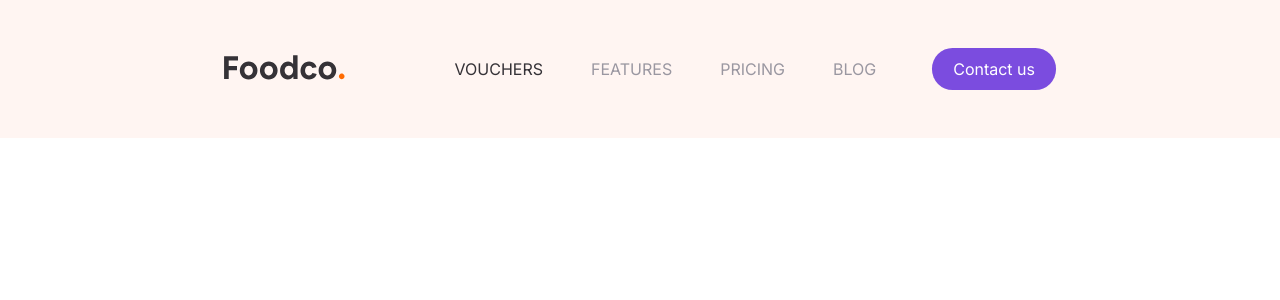
Repository: badhon252/Foodco
Page: index.html
The author's editor kept a copy of each file at every save. The page is drawn from the files as they stood at one save, then again after the next save.
The browser window is 1280 px wide. The pictures show the whole page.
The style sheet was rebuilt from its Sass, Less or Tailwind sources for each picture, by a compiler version that may differ from the author's.

Above is the page before, as saved 2022-09-15 15:00:24.

### index.html
<!DOCTYPE html>
<html lang="en">

<head>
    <meta charset="UTF-8">
    <meta http-equiv="X-UA-Compatible" content="IE=edge">
    <meta name="viewport" content="width=device-width, initial-scale=1.0">
    <link rel="stylesheet" href="scss/style.css">
    <title>FoodCo</title>
</head>

<body>

    <main id="header">
        <header class="container">
            <nav class="navbar py-3">
                <div class="navbar-brand">
                    <img src="./image/logo.svg" alt="">
                </div>
                <ul class="nav">
                    <li class="nav-item"><a href="" class="nav-link link active">Vouchers</a></li>
                    <li class="nav-item"><a href="" class="nav-link link">Features</a></li>
                    <li class="nav-item"><a href="" class="nav-link link">Pricing</a></li>
                    <li class="nav-item"><a href="" class="nav-link link">Blog</a></li>
                    <button class="btn">Contact us</button>
                </ul>
            </nav>
        </header>
    </main>

</body>

</html>

### scss/style.scss
@import url("https://fonts.googleapis.com/css2?family=Inter:wght@400;600;700;800;900&display=swap");
@font-face {
  font-family: circular;
  src: url(../fonts/Circular_Std_Font.otf);
}
@font-face {
  font-family: AirbnbCereal_W_Bd;
  src: url(../fonts/AirbnbCereal_W_Bd.otf);
}
@font-face {
  font-family: AirbnbCereal_W_Bk;
  src: url(../fonts//AirbnbCereal_W_Bk.otf);
}
@font-face {
  font-family: AirbnbCereal_W_Blk;
  src: url(../fonts/AirbnbCereal_W_Blk.otf);
}
@font-face {
  font-family: AirbnbCereal_W_Lt;
  src: url(../fonts/AirbnbCereal_W_Lt.otf);
}
@font-face {
  font-family: AirbnbCereal_W_Md;
  src: url(../fonts/AirbnbCereal_W_Md.otf);
}
@font-face {
  font-family: AirbnbCereal_W_XBd;
  src: url(../fonts/AirbnbCereal_W_XBd.otf);
}
* {
  margin: 0;
  padding: 0;
  box-sizing: border-box;
  font-family: "Inter", sans-serif;
}
.container {
  margin: 2rem 14rem;
}
.btn,
.link {
  cursor: pointer;
}
.link {
  text-decoration: none;
  color: #353237;
}
.btn {
  outline: none;
  border: none;
  padding: 11px 21px;
  font-size: 1rem;
  font-weight: 400;
}
.active {
  color: #353237 !important;
}
li {
  list-style-type: none;
}
.py-1 {
  padding: 1rem 0;
}
.py-2 {
  padding: 2rem 0;
}
.py-3 {
  padding: 3rem 0;
}
.py-4 {
  padding: 4rem 0;
}
.my-1 {
  margin: 1rem 0;
}
.my-1 {
  margin: 1rem 0;
}
.my-2 {
  margin: 2rem 0;
}
.my-3 {
  margin: 3rem 0;
}
.my-4 {
  margin: 4rem 0;
}
.my-5 {
  margin: 5rem 0;
}

// =======================
//===========================
#header {
  background-color: #fff5f2;

  .container {
    margin: 0 14rem;
  }
  .navbar {
    display: flex;
    justify-content: space-between;
    align-items: center;
    .nav {
      display: flex;
      align-items: center;
      .nav-item {
        margin: 0 1.5rem;
        .nav-link {
          font-weight: 500;
          font-size: 1rem;
          line-height: 20px;
          text-transform: uppercase;
          color: #9a97a1;
          //   color: #353237;
        }
      }
      .btn {
        background-color: #7b4cdf;
        border-radius: 20.5px;
        color: #fff;
        margin-left: 2rem;
      }
    }
  }
}

After the next save:
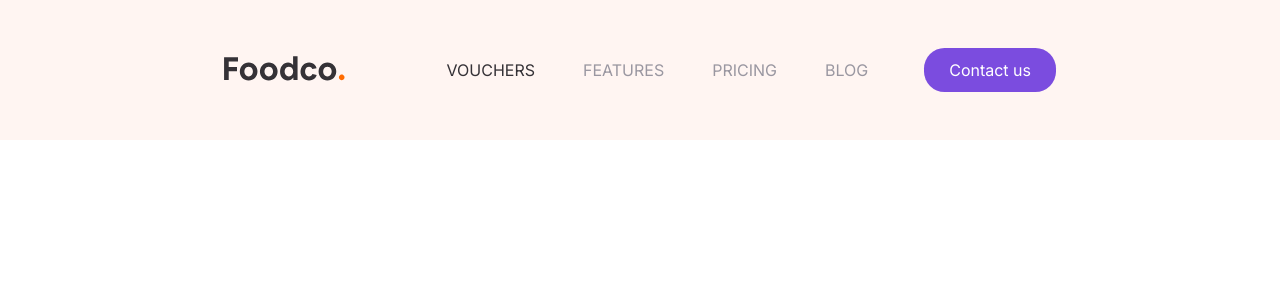
Saved 13 s later.
--- a/scss/style.scss
+++ b/scss/style.scss
@@ -47,7 +47,7 @@
 .btn {
   outline: none;
   border: none;
-  padding: 11px 21px;
+  padding: 12px 25px;
   font-size: 1rem;
   font-weight: 400;
 }

After the save that followed:
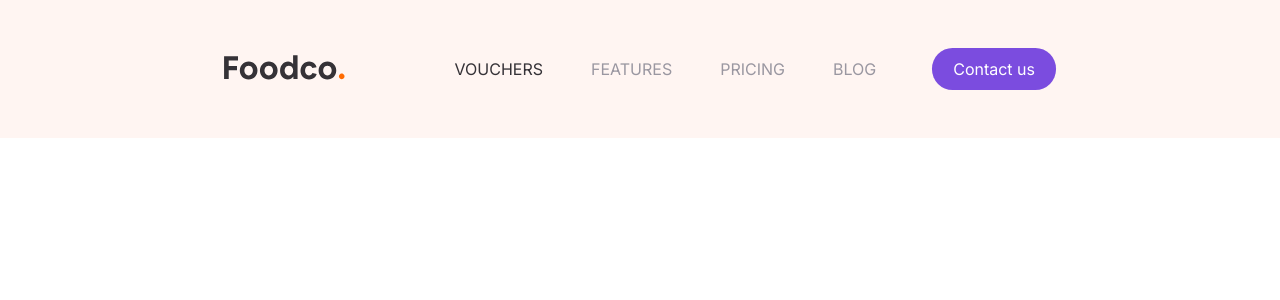
Saved 7 s later.
--- a/scss/style.scss
+++ b/scss/style.scss
@@ -119,6 +119,7 @@
         border-radius: 20.5px;
         color: #fff;
         margin-left: 2rem;
+        padding: 11px 21px;
       }
     }
   }
